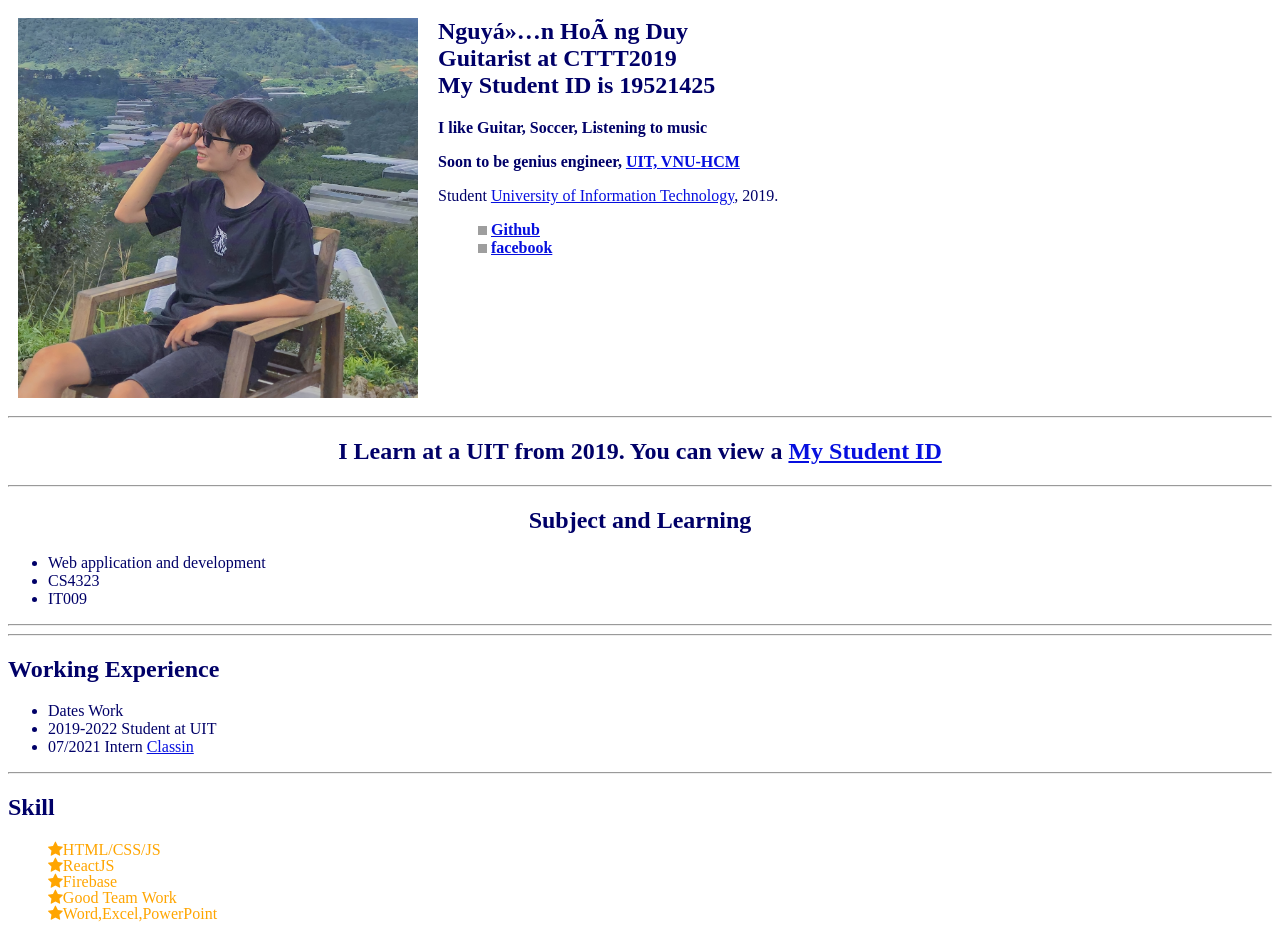
Repository: HoangDuy315/web-dev2022
Page: ex2.html
An editor plug-in stored every save of this project. The page is shown before and after the next save, followed by the edit.
The browser window is 1280 px wide. The pictures show the whole page.
Pictures or frames that could not be fetched are drawn as grey boxes.

Above is the page before, as saved 2022-09-22 15:17:38.

After the next save:
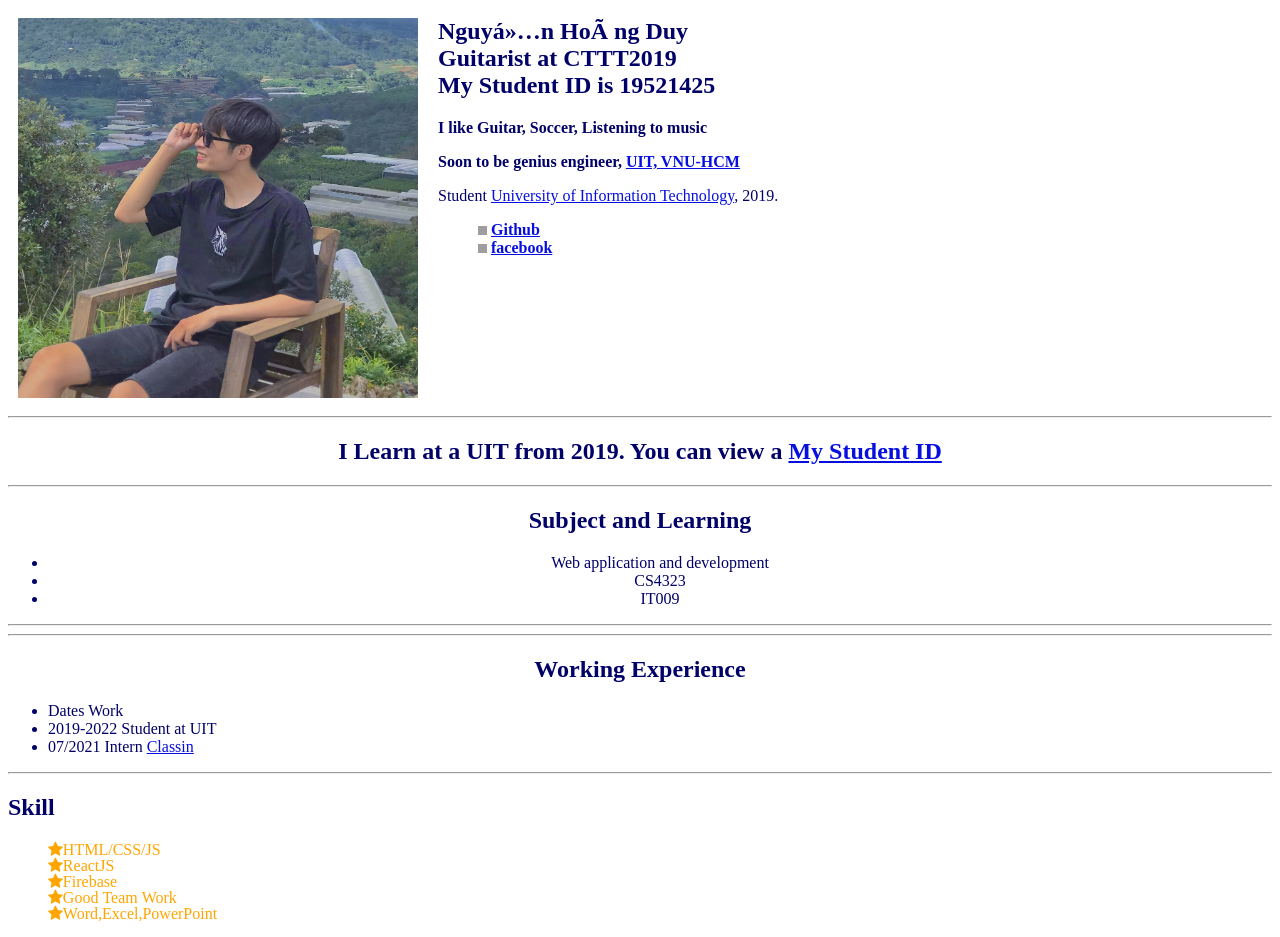
Saved 26 s later.
--- a/ex2.html
+++ b/ex2.html
@@ -60,15 +60,15 @@ Student <a href="https://www.uit.edu.vn/">University of Information Technology</
 <hr>
     <h2 class="yud">Subject and Learning</h2>
     <ul>
-        <li>Web application and development</li>
-        <li>CS4323</li>
-        <li>IT009</li>
+        <li class="yud">Web application and development</li>
+        <li class="yud">CS4323</li>
+        <li class="yud">IT009</li>
     </ul>
 
 <hr>
 
 <hr>
-    <h2>Working Experience</h2>
+    <h2 class="yud">Working Experience</h2>
     <ul>
         <li>Dates Work</li>
         <li>2019-2022 Student at UIT</li>
